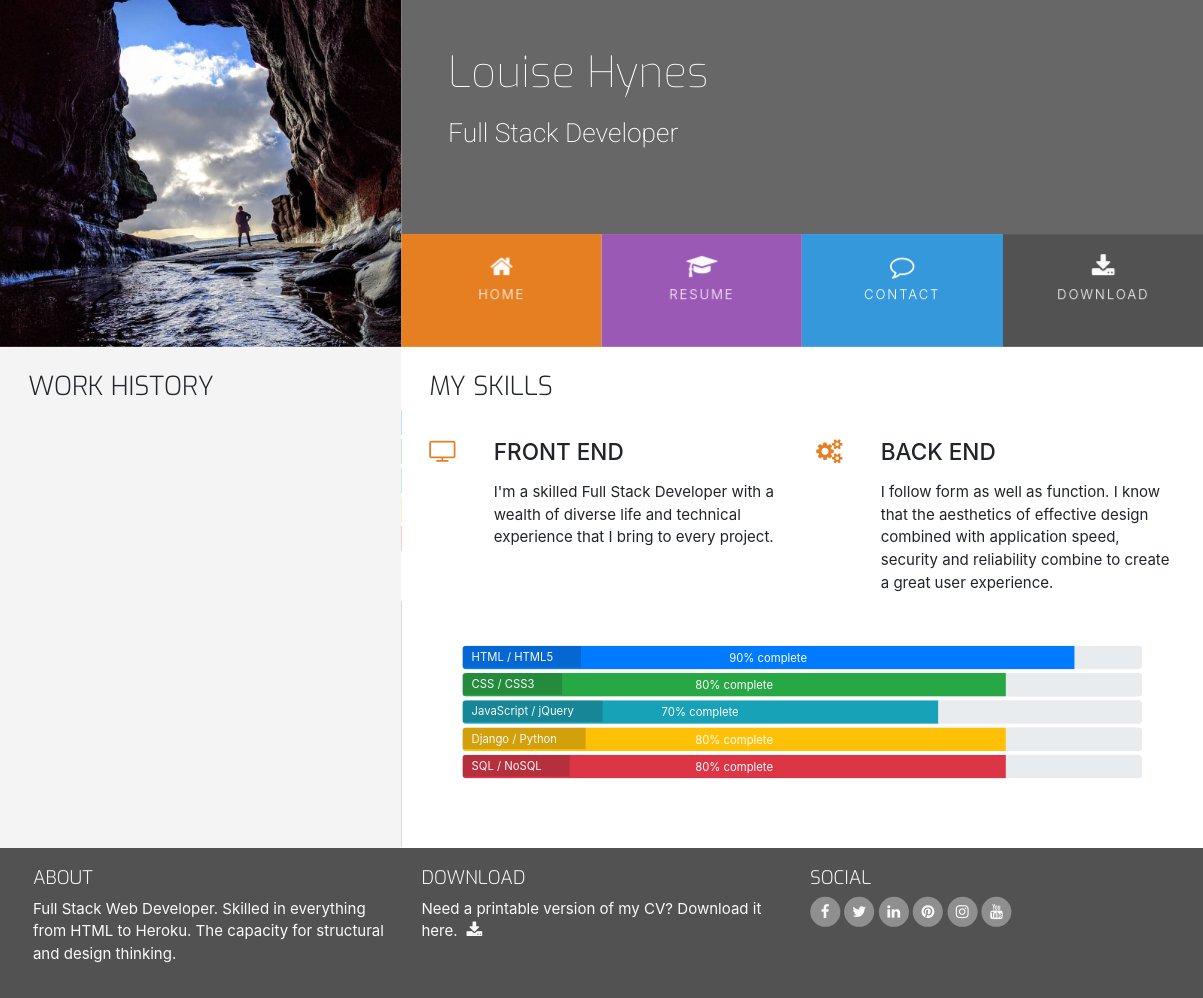
Repository: lhynes/Mini-Project-Resume
Page: resume.html
The author's editor kept a record of every edit. The page is drawn from the files as they stood at one moment, then again after the next edit.
The browser window is 1280 px wide. The pictures show the whole page, at 94% of full size.

Above is the page before.

### resume.html
<!DOCTYPE html>
<html lang="en">

<head>
    <meta charset="UTF-8">
    <meta name="viewport" content="width=device-width, initial-scale=1.0">
    <meta http-equiv="X-UA-Compatible" content="ie=edge">
    <!--access exrtenal links - bootstrap cdn - https://www.bootstrapcdn.com/-->
    <link rel="stylesheet" href="https://stackpath.bootstrapcdn.com/bootstrap/4.3.1/css/bootstrap.min.css" type="text/css" />
    <!--access exrtenal links - fontAwesome cdn - https://www.bootstrapcdn.com/-->
    <link rel="stylesheet" href="https://stackpath.bootstrapcdn.com/font-awesome/4.7.0/css/font-awesome.min.css" type="text/css" />
    <link rel="stylesheet" href="assets/css/style.css" type="text/css" />
    <link rel="stylesheet" href="https://cdnjs.cloudflare.com/ajax/libs/hover.css/2.3.1/css/hover-min.css" type="text/css" />
    <title>Louise</title>
</head>

<body>
    <header>
        <div class="row no-gutters">
            <a class="col-md-4 logo" href="index.html"></a>
            <div class="col-md-8">
                <div class="row no-gutters bg-color-name-title">
                    <div class="col heading">
                        <h1 class="name">Louise Hynes</h1>
                        <h2 class="title">Full Stack Developer</h2>
                    </div>
                </div>
                <div class="row no-gutters">
                    <div class="col">
                        <ul id="nav" class="list-inline menucontainer">
                            <li class="col-6 col-sm-3 ui-menu-color-home list-inline-item menuitem">
                                <a href="#" class="hvr-sweep-to-bottom"><i class="fa fa-home" aria-hidden="true"></i><span>Home</span></a>
                            </li>

                            <li class="col-6 col-sm-3 ui-menu-color-resume list-inline-item menuitem">
                                <a href="#" class="hvr-sweep-to-bottom"><i class="fa fa-graduation-cap" aria-hidden="true"></i><span>Resume</span></a>
                            </li>

                            <li class="col-6 col-sm-3 ui-menu-color-contact list-inline-item menuitem">
                                <a href="#" class="hvr-sweep-to-bottom"><i class="fa fa-comment-o" aria-hidden="true"></i><span>Contact</span></a>
                            </li>
                            <li class="col-6 col-sm-3 ui-menu-color-download list-inline-item menuitem">
                                <a href="#" class="hvr-sweep-to-bottom"><i class="fa fa-download" aria-hidden="true"></i><span>Download</span></a>
                            </li>
                        </ul>
                    </div>
                </div>

            </div>


    </header>
    <section class="container-fluid">
        <div class="row">
            <!--allow us to create a table structure so that our columns will remain the same height, regardless of content-->
            <!--he row-table class specifies the use of a table whereas section-column specifies the use of a table cell, which will give us evenly sized columns in terms of height.-->


            <div class="col-md-4 bg-color-personal-info section-column">
                <div class="row">
                    <div class="col-12">
                        <h3 class="section-heading uppercase">
                            Work History
                        </h3>
                    </div>
                </div>
            </div>
            <div class="col-md-8 bg-color-three-reasons section-column">
                <div class="row">
                    <div class="col">
                        <!-- will take up the space available-->
                        <h3 class="section-heading uppercase">My Skills</h3>
                    </div>
                </div>
                <div class="row">
                    <div class="col-10 offset-1 offset-sm-0 col-sm-4 col-md-6">
                        <!-- mobile view first 10 cols wide offset 1-->
                        <div class="row">
                            <div class="col-2">
                                <i class="three-reasons-icon fa fa-tv" aria-hidden="true"></i>
                            </div>
                            <div class="col-10">
                                <h4 class="three-reasons-heading uppercase">Front End</h4>
                                <p>
                                    I'm a skilled Full Stack Developer with a wealth of diverse life and technical experience that I bring to every project.
                                </p>
                            </div>
                        </div>
                    </div>
                    <div class="col-10 offset-1 offset-sm-0 col-sm-4 col-md-6">
                        <div class="row">
                            <div class="col-2">
                                <i class="three-reasons-icon fa fa-gears" aria-hidden="true"></i>
                            </div>
                            <div class="col-10">
                                <h4 class="three-reasons-heading uppercase">Back End</h4>
                                <p>
                                    I follow form as well as function. I know that the aesthetics of effective design combined with application speed, security and reliability combine to create a great user experience.
                                </p>
                            </div>
                        </div>
                    </div>
                </div>
                <div class="row progress-section">
                    <div class="col">
                        <div class="progress">
                            <!-- wrapper for progress bar-->
                            <div class="progress-bar" role="progressbar" aria-valuenow ="90" aria-valuemin="0" aria-valuemax="100" style="width:90%;">
                                <span class ="re-only">90% complete</span>
                            </div>
                            <span class="progress-type">HTML / HTML5</span>

                        </div>
                         <div class="progress">
                            <!-- wrapper for progress bar-->
                            <div class="progress-bar bg-success" role="progressbar" aria-valuenow ="80" aria-valuemin="0" aria-valuemax="100" style="width:80%;">
                                <span class ="re-only">80% complete</span>
                            </div>
                            <span class="progress-type">CSS / CSS3</span>

                        </div>
                        <div class="progress">
                            <!-- wrapper for progress bar-->
                            <div class="progress-bar bg-info" role="progressbar" aria-valuenow ="70" aria-valuemin="0" aria-valuemax="100" style="width:70%;">
                                <span class ="re-only">70% complete</span>
                            </div>
                            <span class="progress-type">JavaScript / jQuery</span>
                        </div>
                        <div class="progress">
                            <!-- wrapper for progress bar-->
                            <div class="progress-bar bg-warning" role="progressbar" aria-valuenow ="80" aria-valuemin="0" aria-valuemax="100" style="width:80%;">
                                <span class ="re-only">80% complete</span>
                            </div>
                            <span class="progress-type">Django / Python</span>
                        </div>
                                                <div class="progress">
                            <!-- wrapper for progress bar-->
                            <div class="progress-bar bg-danger" role="progressbar" aria-valuenow ="80" aria-valuemin="0" aria-valuemax="100" style="width:80%;">
                                <span class ="re-only">80% complete</span>
                            </div>
                            <span class="progress-type">SQL / NoSQL</span>

                        </div>
                    </div>
                </div>
            </div>
        </div>

    </section>
    <footer class="container-fluid">
        <!--full width flexible container-->
        <div id="footer-details" class="row">
            <div class="col-sm-4">
                <h5 class="uppercase general-sub">About</h5>
                <p class="inline-block">
                    Full Stack Web Developer. Skilled in everything from HTML to Heroku. The capacity for structural and design thinking.


                </p>
            </div>
            <div class="col-sm-4">
                <h5 class="uppercase general-sub">Download</h5>
                <p class="inline-block">
                    Need a printable version of my CV? Download it here.
                    <a href="#" target="_blank" class="cv-pdf">
                        <!-- _blank used to open in a new tab-->
                        <i class="fa fa-download" aria-hidden="true"></i>
                        <span class="sr-only">Download link.</span>
                    </a>
                </p>
            </div>
            <div class="col-sm-4">
                <h5 class="uppercase general-sub">Social</h5>
                <ul class="list-inline social-links">
                    <li class="list-inline-item">
                        <!-- every list-inline in boostrap needs a list-inline item-->
                        <a target="_blank" href="#">
                            <i class="fa fa-facebook" aria-hidden="true"></i>
                            <span class="sr-only">Facebook</span>
                        </a>
                    </li>
                    <li class="list-inline-item">
                        <a target="_blank" href="#">
                            <i class="fa fa-twitter" aria-hidden="true"></i>
                            <span class="sr-only">Twitter</span>
                        </a>
                    </li>
                    <li class="list-inline-item">
                        <a target="_blank" href="#">
                            <i class="fa fa-linkedin" aria-hidden="true"></i>
                            <span class="sr-only">LinkedIn</span>
                        </a>
                    </li>
                    <li class="list-inline-item">
                        <a target="_blank" href="#">
                            <i class="fa fa-pinterest" aria-hidden="true"></i>
                            <span class="sr-only">Pinterest</span>
                        </a>
                    </li>
                    <li class="list-inline-item">
                        <a target="_blank" href="#">
                            <i class="fa fa-instagram" aria-hidden="true"></i>
                            <span class="sr-only">Instagram</span>
                        </a>
                    </li>
                    <li class="list-inline-item">
                        <a target="_blank" href="#">
                            <i class="fa fa-youtube" aria-hidden="true"></i>
                            <span class="sr-only">YouTube</span>
                        </a>
                    </li>
                </ul>
            </div>

        </div>

    </footer>
</body>

</html>

### assets/css/style.css
@import url('https://fonts.googleapis.com/css?family=Roboto:100,200,300,400,500,600,700|Exo:100,200,300,400,500,600,700');

/*-----------------------------------Colours */

.bg-color-name-title {
    background-color: #676767;
    color: #ffffff;
}

.bg-color-three-reasons {
    background-color: #fff;

}

.bg-color-personal-info {
    background-color: #f4f4f4;
}

.bg-color-work-history {
    background-color: #9b59b6
}

.ui-menu-color-home {
    background-color: #e67e22
}

.ui-menu-color-resume {
    background-color: #9b59b6
}

.ui-menu-color-contact {
    background-color: #3498db
}

.ui-menu-color-download {
    background-color: #525252
}



/*-----------------------------------Special paddings/margins/text - General CSS area used more than once through out the site */

.uppercase {
    text-transform: uppercase;
}

.general-sub {
    font-family: "Exo", sans-serif;
    font-weight: 300;
    color: #fafafa;

}

h1,
h2,
h3,
h4 {
    margin: 0;
}

.inline-block {
    display: inline-block;

}

.row-table {
    display: table;

}

.section-column {
    display: table-cell;
    padding: 0 30px 30px;
    float: none;
}

.history-heading,
.section-heading {
    font-family: "Exo", sans-serif;
    font-weight: 300;
    margin-top: 25px;
    margin-bottom: 40px;
}


/*-----------------------------------Heading */

header {
    margin: 0;
}

.heading {
    margin-left: 50px;
}

.logo {
    background: url("../images/louise.jpg");
    background-position: center;
    background-repeat: no-repeat;
    background-size: cover;
    min-height: 360px;
    transition: all .5s ease-in-out;
    -moz-transition: all .5s ease-in-out;
    -webkit-transition: all .5s ease-in-out;
}

.name {
    font-family: "Exo", sans-seriif;
    font-weight: 100;
    font-size: 46px;
    margin-top: 50px;
    color: #ffffff;
}

.title {
    font-family: "Roboto", sans-seriif;
    font-weight: 200;
    font-size: 28px;
    margin-top: 20px;
    margin-bottom: 90px;
    color: #ffffff;
}

.list-inline-item:not(:last-child) {
    margin: 0;
}

.menucontainer {
    font-size: 0;
}


#nav {
    margin: 0;
}

#nav li {
    font-size: 14px;
    padding: 0;
}

.menuitem {
    height: 120px;
    /*profile image is 360 in total*/
    text-align: center;
    padding: 0;
}

.menuitem a {
    width: 100%;
    color: #ffffff;
    text-decoration: none;
    height: 120px;
}

.menuitem a i {
    padding-top: 22px;
    display: block;
    color: #fafafa;
    font-size: 26px;
}

.menuitem span {
    display: block;
    width: 100%;
    padding-top: 5px;
    text-align: center;
    text-transform: uppercase;
    font-size: 14px;
    font-weight: 300;
    letter-spacing: 2px;
}




/*-----------------------------------Hover.css */

/*background color is set in the before*/

.hvr-sweep-to-bottom:before {
    background: rgba(0, 0, 0, 0.2) !important;
    height: 120px;
}


/*-----------------------------------Footer styles */

footer {
    background-color: #525252;
    color: #fafafa;
    min-height: 120px;
    margin: 0;
}


.cv-pdf i {
    font-size: 18px;
    color: #fafafa;
    text-align: center;
    padding-left: 5px;
    transition: all 0.35s ease-in-out;
    /* put in parent element*/
    -moz-transition: all 0.35s ease-in-out;
    -webkit-transition: all 0.35s ease-in-out;
    -o-transition: all 0.35s ease-in-out;
}

.cv-pdf i:hover {
    color: #e84610;
}


.social-links {
    padding-bottom: 15px;
}

.social-links li a i {
    width: 32px;
    height: 32px;
    padding: 12px 0;
    border-radius: 50%;
    line-height: 7px;
    text-align: center;
    color: #fafafa;
    background: #8f8f8f;
    -moz-transition: all 0.35s ease-in-out;
    -webkit-transition: all 0.35s ease-in-out;
    -o-transition: all 0.35s ease-in-out;
}

.social-links li a i:hover {
    background-color: #e84610;
}

#footer-details {
    padding: 20px;
}


/*-----------------------------------Three Resons Css */

.three-reasons-icon {
    font-size: 26px;
    color: #e67e22;
}

.three-reasons-heading {
    margin-bottom: 15px;
}


/*-----------------------------------Presonal Info*/

.personal-info-item {
    margin-bottom: 20px;
    display: block;
    clear: both;
}

/*style keys, values, paragraphs*/

.personal-info-item .key,
.personal-info-item .value {
    padding-right: 8px;
    display: inline-block;

}

.personal-info-item .key p,
.personal-info-item .value p {
    margin: 0;
}

.personal-info-item .key {
    width: 30%;
    margin-right: 21px;
    padding-top: 2px;
    vertical-align: top;
}


.personal-info-item .key p {
    font-weight: 700;
}

.personal-info-item .value {
    position: relative;
    /*relative to predacessor*/
    width: 60%;
}

/*-----------------------------------Skills*/

.progress {
    position: relative;
    height: 25px;
    margin-bottom: 4px;
}

.progress-type {
    /* represents the the texrt label on the bar */
    position: absolute;
    left: 0px;
    font-weight: 400;
    padding: 3px 30px 2px 10px;
    color: #fafafa;
    background-color: rgba(25, 25, 25, 0.2)
}

.progress-section {
    margin: 40px 20px;

}


/*-----------------------------------Work History*/

.history-heading {
    color: #fafafa;
    margin-bottom: 50px;
}

.timeline-item {
    padding: 4em 2em 0em 2em;
    position: relative;
    color: #fafafa;
    border-left: 1px solid;
}

.timeline-item p {
    margin: 0;
    padding: 0;
}

.timeline-item:before {
    content: attr(data-dates);
    /*can only use contene tieh the beforer or after pseudo elements*/
    position: absolute;
    left: 2.5em;
    top: 3em;
    display: block;
    font-family: "Exo", sans-seriif;
    font-weight: 500;
    font-size: 0.8em;
    padding: 0;
    margin: 0;

}

.timeline-item:after {
    width: 12px;
    height:12px;
    display:block;
    top: 2.4em;
    border-radius: 12px;

    position:absolute;
}

After the next edit:
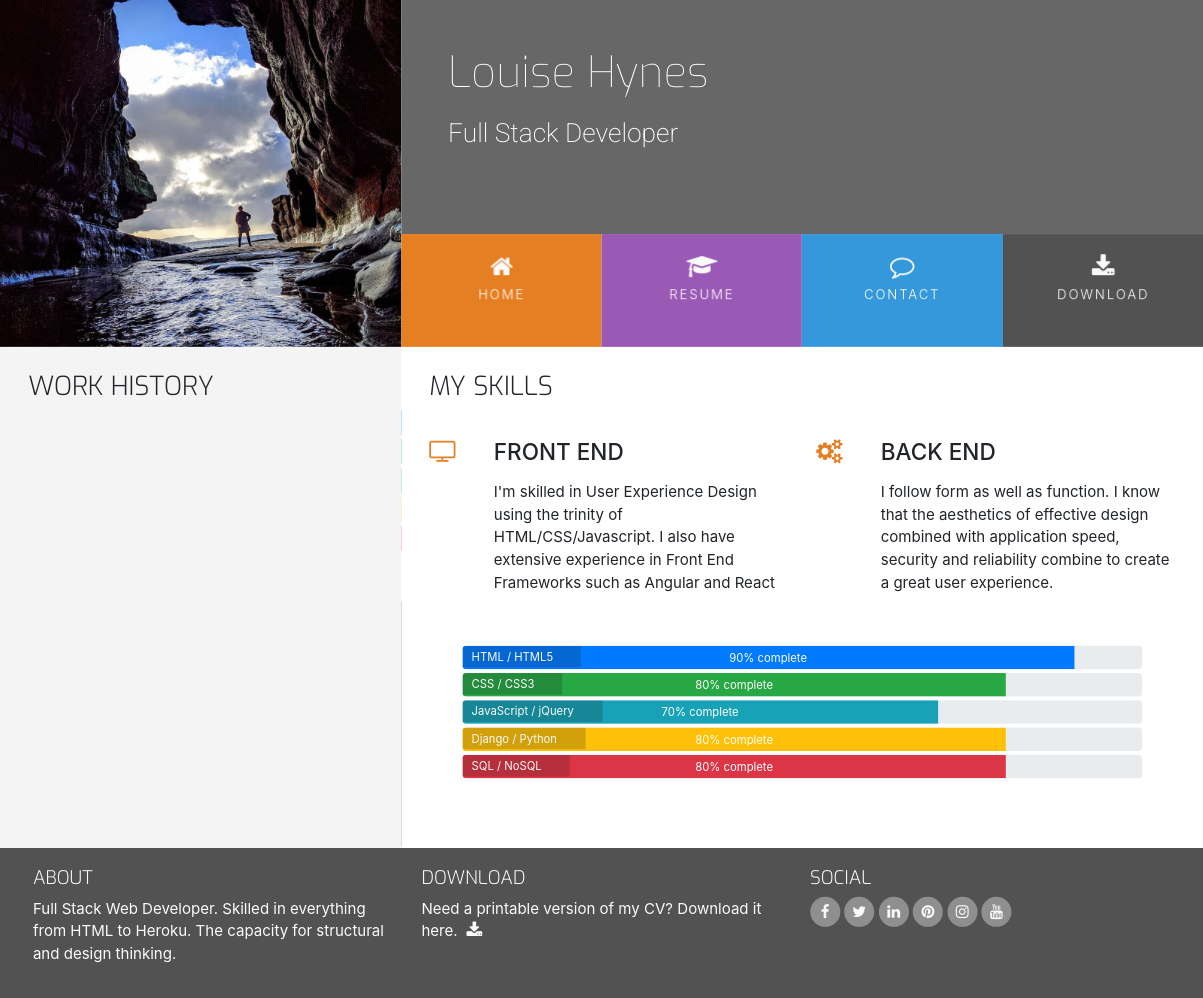
The edit:
--- a/resume.html
+++ b/resume.html
@@ -82,7 +82,7 @@
                             <div class="col-10">
                                 <h4 class="three-reasons-heading uppercase">Front End</h4>
                                 <p>
-                                    I'm a skilled Full Stack Developer with a wealth of diverse life and technical experience that I bring to every project.
+                                    I'm skilled in User Experience Design using the trinity of HTML/CSS/Javascript. I also have extensive experience in Front End Frameworks such as Angular and React
                                 </p>
                             </div>
                         </div>
